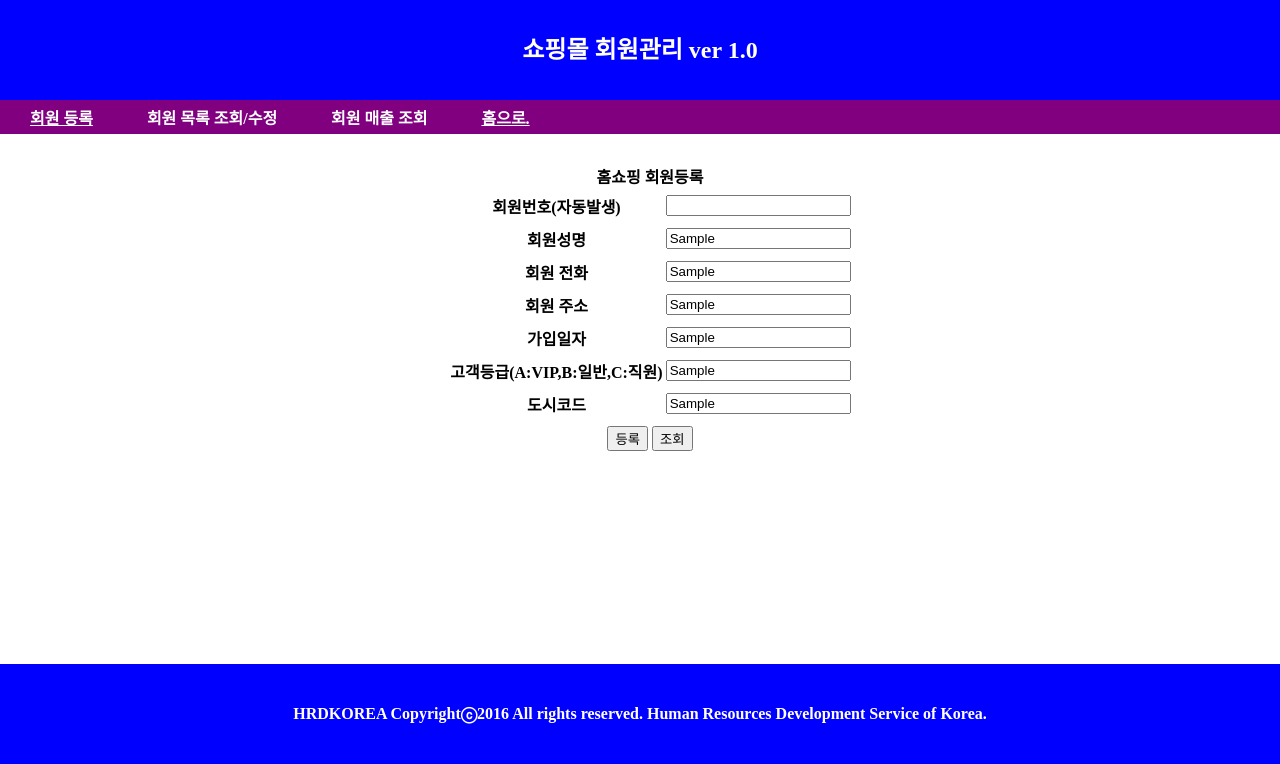
Repository: brightjy/Today-what-I-practiced
Page: http://localhost/HRD_900108/member/memberRegisterView.jsp
These files come from the project's save history. The page is drawn as it stood at one moment and after the next save; the edit follows.
The browser window is 1280 px wide. The pictures show the whole page.
Empty fields were first filled with sample values (such as "Sample", 5 or name@example.com).
After loading, the first visible `.lastRow > input` was clicked once.
The page is served by Tomcat 9.

Above is the page before, as saved 2020-05-09 16:40:40.
Console error: ReferenceError: join_frm is not defined

After the next save:
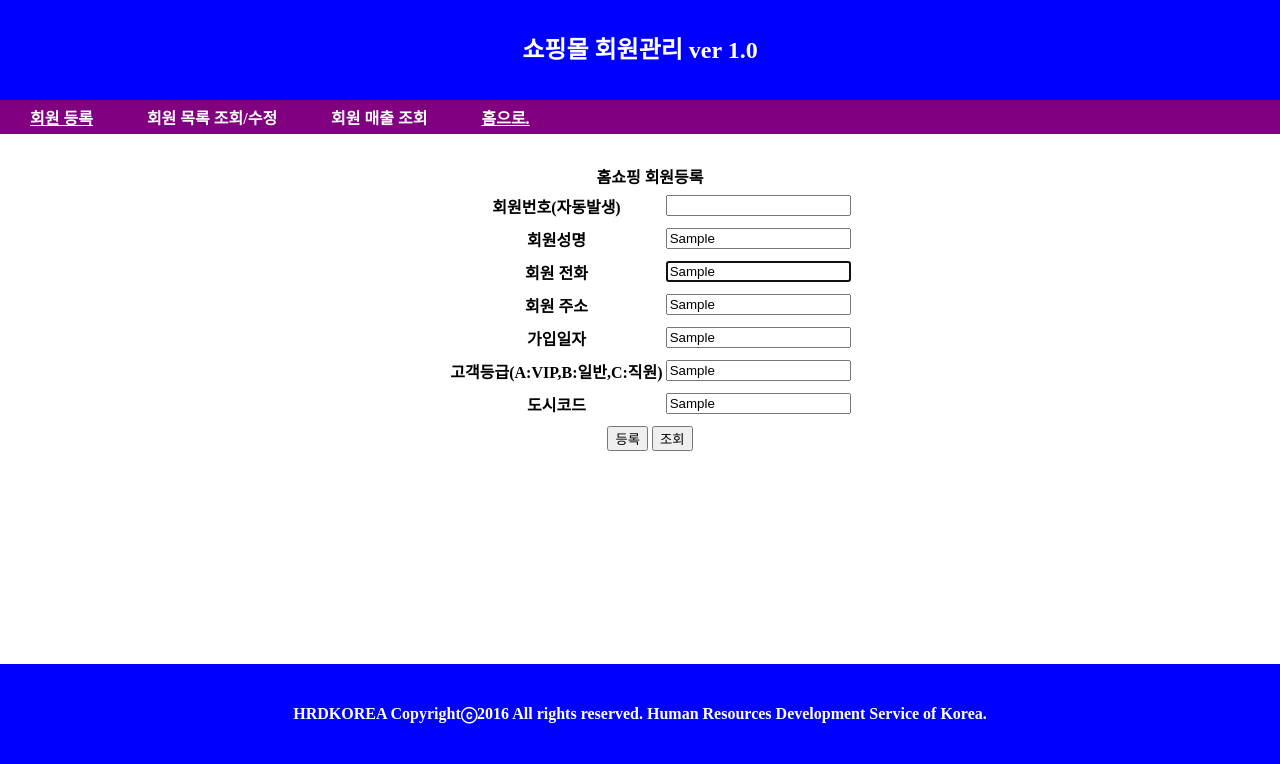
The error is gone.
Saved 59 s later.
--- a/hrdkorea_0509/HRD_900108/WebContent/member/memberRegisterView.jsp
+++ b/hrdkorea_0509/HRD_900108/WebContent/member/memberRegisterView.jsp
@@ -28,7 +28,7 @@
 			register_frm.custname.focus();
 			return;
 		}
-		if(register_frm.phone.value.length!=0 && (join_frm.phone.value.indexOf('-')==-1 || join_frm.phone.value.indexOf('-')==join_frm.phone.value.lastIndexOf('-'))){
+		if(register_frm.phone.value.length!=0 && (register_frm.phone.value.indexOf('-')==-1 || register_frm.phone.value.indexOf('-')==register_frm.phone.value.lastIndexOf('-'))){
 			alert('유효하지 않은 전화번호 형식입니다. 000-000-000 형식 요망');
 			register_frm.phone.focus();
 			return;
